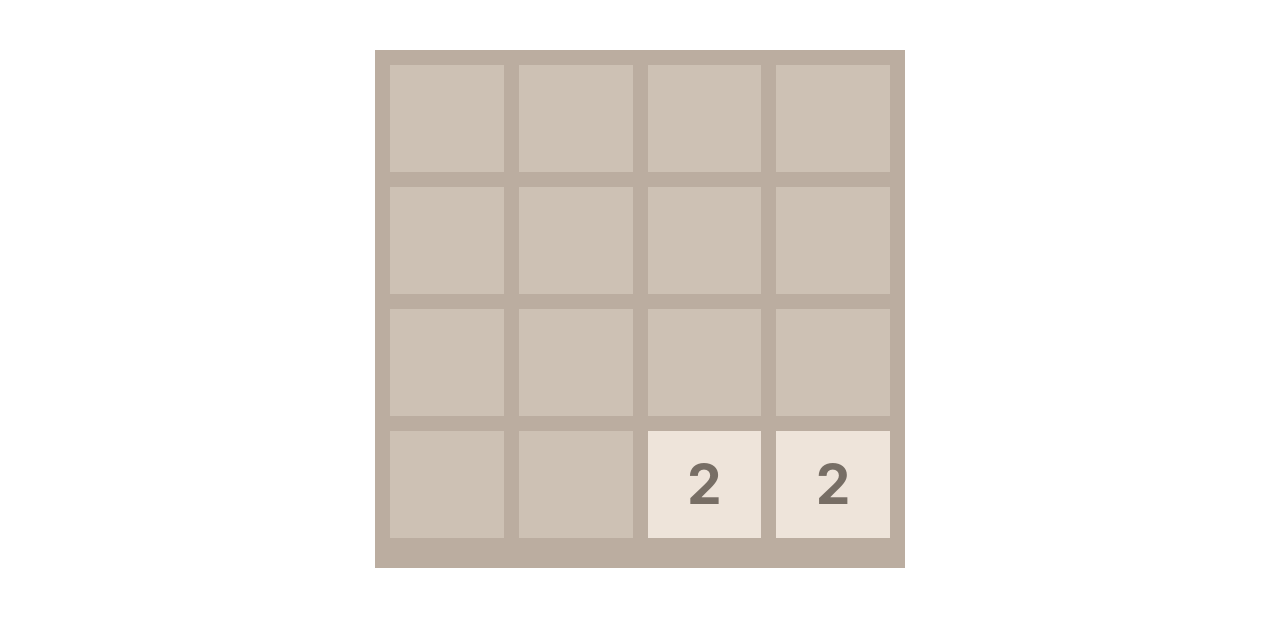
Repository: RustemetsuR/react_2048
Page: /
An editor plug-in stored every save of this project. The page is shown before and after the next save, followed by the edit.
The browser window is 1280 px wide. The pictures show the whole page.
The project was rebuilt for these pictures with package versions that can differ from the ones it lists, and the page was loaded fresh each time.

Above is the page before, as saved 2022-10-18 10:51:47.

After the next save:
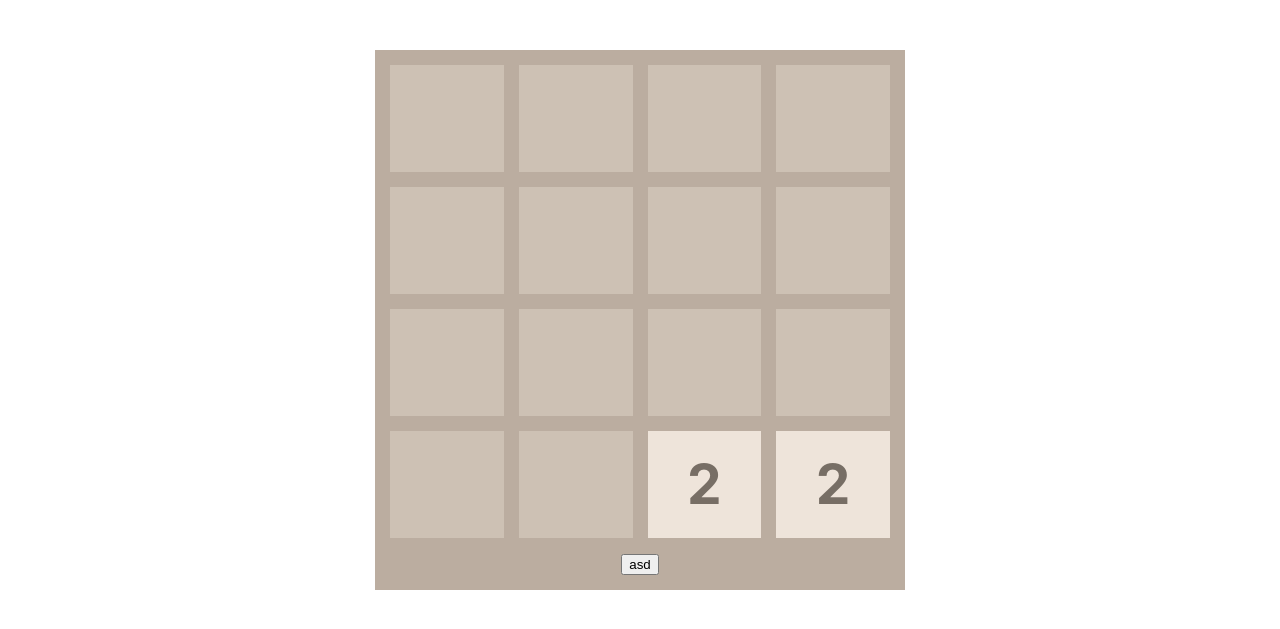
Saved 10 s later.
--- a/src/containers/Board/Board.js
+++ b/src/containers/Board/Board.js
@@ -35,8 +35,6 @@ const Board = () => {
         }
     }
 
-
-
     return (
         <div className="board">
             {board.map((boardElement, boardIndex) => {
@@ -49,6 +47,7 @@ const Board = () => {
                     })}
                 </div>
             })}
+            <button>asd</button>
         </div>
     );
 };
